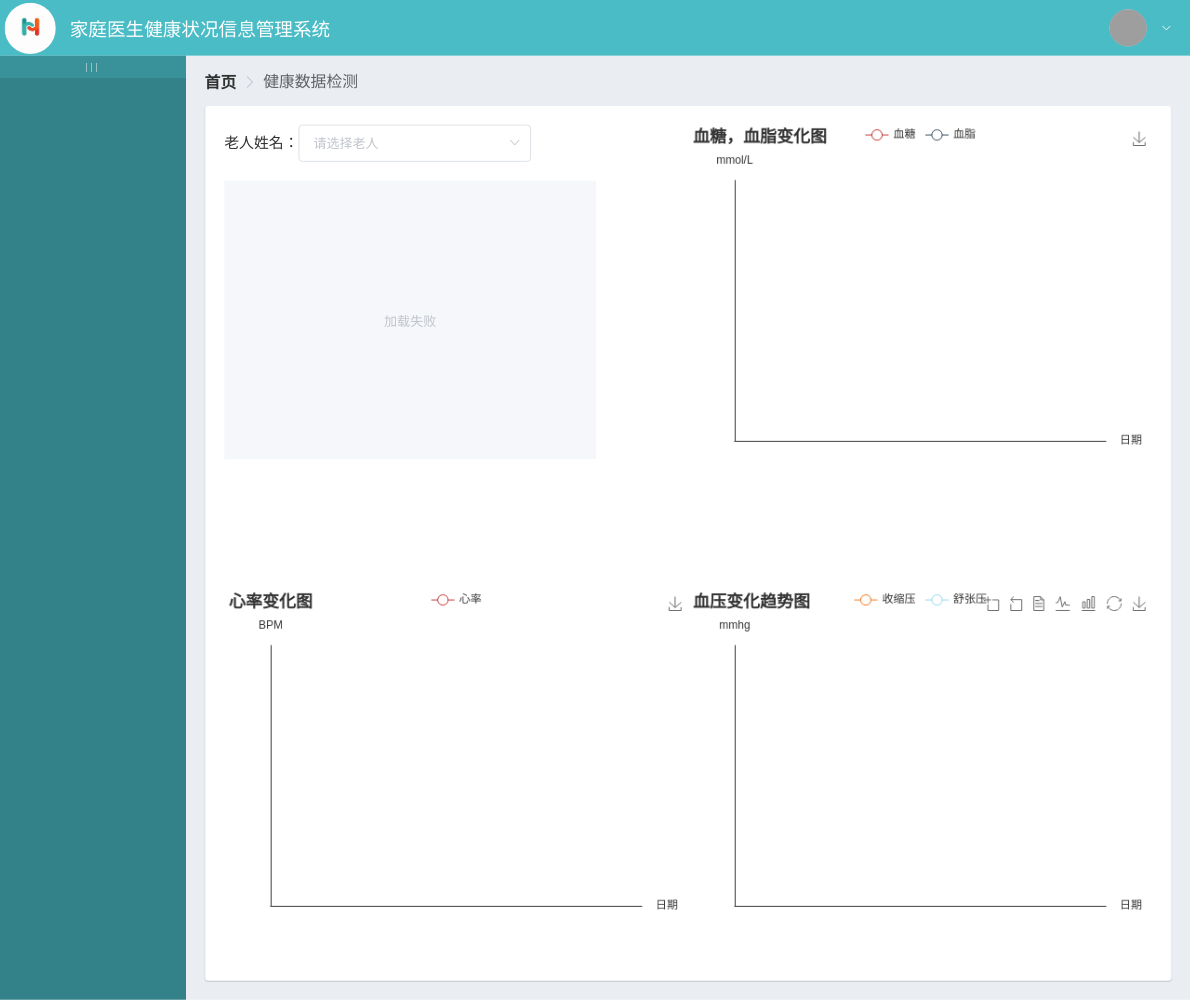
Repository: hyyBubbly/community-web-vue
Page: /#/healthyData (app in community/)
The author's editor kept a copy of each file at every save. The page is drawn from the files as they stood at one save, then again after the next save.
The browser window is 1280 px wide. The pictures show the whole page, at 93% of full size.
Pictures or frames that could not be fetched are drawn as grey boxes. The page's requests for data from a server got no answer. The project was rebuilt for these pictures with package versions that can differ from the ones it lists, and the page was loaded fresh each time. No one was signed in, and anything a server would have sent is missing. Also part of the build but not shown: community/vue.config.js, community/src/components/Login.vue, community/src/components/Welcome.vue, community/src/components/User/UserList.vue, community/src/components/admin/WorkerList.vue, community/src/components/community/CommunityList.vue, community/src/components/healthfiles/Healthiness.vue, community/src/components/User/OlderInfoList.vue and 13 more.

Above is the page before, as saved 2024-01-29 00:29:13.

### community/src/main.js
import Vue from 'vue'
import App from './App.vue'
import router from './router'
import './plugins/element.js'
import './assets/css/global.css'
import md5 from 'md5.js'
//引入iconfont
import './assets/font/iconfont.css'
// 导入axios
import axios from 'axios'
import moment from "moment"
import echarts from 'echarts'
Vue.prototype.$echarts = echarts
//时间转化
Vue.prototype.$moment = moment;
// 挂载axios 到Vue的原型prototype的$http
Vue.prototype.$http = axios
// 设置请求的根路径
axios.defaults.baseURL = "http://localhost:9001"
Vue.config.productionTip = false
//md5加密
Vue.prototype.$md5 = md5;



new Vue({
  router,
  render: h => h(App)
}).$mount('#app')

### community/src/App.vue
<template>
  <div id="app">
    <router-view></router-view>
  </div>
</template>
<script>
  // export default {
  //   name: 'App',
  //   provide(){
  //     return {
  //       reload: this.reload
  //     }
  //   },
  //   data(){
  //     return {
  //       isRouterAlive: true
  //     }
  //   },
  //   methods:{
  //     reload() {
  //       this.isRouterAlive = false;
  //       this.$nextTick(function (){
  //         this.isRouterAlive = true
  //       })
  //     }
  //   }
  // }
</script>
<style>

</style>

### community/src/assets/css/global.css
/* 全局样式 */
HTML,body,#app{
	height: 100%;
	margin: 0;
	padding: 0;
}
/* 卡片区域  !important 提高样式级别*/
.el-card{
	box-shadow: 0 1px 1px rgba(0,8,10,0.15) !important;
}

/*表格样式*/
.el-table{
	margin-top: 15px;
	font-size: 12px;
	min-width: 350px;
}

### community/src/assets/font/iconfont.css
@font-face {
  font-family: "iconfont"; /* Project id 3270408 */
  src: url('iconfont.woff2?t=1652753196788') format('woff2'),
       url('iconfont.woff?t=1652753196788') format('woff'),
       url('iconfont.ttf?t=1652753196788') format('truetype');
}

.iconfont {
  font-family: "iconfont" !important;
  font-size: 16px;
  font-style: normal;
  -webkit-font-smoothing: antialiased;
  -moz-osx-font-smoothing: grayscale;
}

.icon-huoyuedu:before {
  content: "\e607";
}

.icon-xiaoqushu:before {
  content: "\e6df";
}

.icon-fangwenliang:before {
  content: "\e646";
}

.icon-duzheliuyan:before {
  content: "\e604";
}

.icon-hudongshequ:before {
  content: "\e62f";
}

.icon-huoyueshu:before {
  content: "\e702";
}

.icon-community:before {
  content: "\e61c";
}

.icon-shujujiance:before {
  content: "\e683";
}

.icon-huzhu:before {
  content: "\e778";
}

.icon-denglu:before {
  content: "\e603";
}

.icon-mima:before {
  content: "\e65c";
}

.icon-gouwuche:before {
  content: "\e600";
}

.icon-2jiankangzhishi:before {
  content: "\e622";
}

.icon-huodong:before {
  content: "\e630";
}

.icon-canyinguanli:before {
  content: "\e624";
}

.icon-huodong1:before {
  content: "\e870";
}

.icon-jiankangdanganx:before {
  content: "\e60d";
}

.icon-yiliaohuzhu:before {
  content: "\e686";
}

.icon-yonghu:before {
  content: "\e633";
}

.icon-guanliyuan:before {
  content: "\e62a";
}

.icon-guanliyuan1:before {
  content: "\e681";
}

.icon-menu_lrkh:before {
  content: "\e656";
}

.icon-shequ:before {
  content: "\e663";
}

### community/src/components/Home.vue
<template>
  <!-- 引入布局 -->
  <el-container class="home-container" v-loading="loading">
    <!-- 头部 -->
    <el-header>
      <div class="clickPop">
        <img src="../assets/sportlogo.jpg" alt />
        <span class="span-font">家庭医生健康状况信息管理系统</span>
      </div>
      <el-dropdown class="clickPop">
        <el-avatar src="https://cube.elemecdn.com/0/88/03b0d39583f48206768a7534e55bcpng.png"
          style="margin-right: 10px"></el-avatar>
        <span class="el-dropdown-link">
          {{ getUsername() }}<i class="el-icon-arrow-down el-icon--right"></i>
        </span>
        <el-dropdown-menu slot="dropdown">
          <el-dropdown-item><span @click="Main">首页</span></el-dropdown-item>
          <!--            <el-dropdown-item><el-badge :value="12"><span @click="">购物车</span></el-badge></el-dropdown-item>-->
          <el-dropdown-item><span @click="$router.push({ path: '/personal' })">个人中心</span></el-dropdown-item>
          <el-dropdown-item><span type="info" @click="quit">安全退出</span></el-dropdown-item>
        </el-dropdown-menu>
      </el-dropdown>

    </el-header>
    <!-- 主体 -->
    <el-container>
      <!-- 侧边栏 -->
      <el-aside :width="width">
        <el-menu background-color="#46afb9" text-color="#fff" active-text-color="#889fa0" unique-opened
          :collapse="isCollapse" :collapse-transition="false" :router="true" :default-active="activePath">
          <div class="toggle-button" @click="toggleCollapase">|||</div>
          <!-- 一级菜单 -->
          <el-submenu :index="item.id + ''" v-for="item in menuList" :key="item.id">
            <template slot="title">
              <i :class="iconsObject[item.id]"></i>
              <span style="margin-left: 7px">{{ item.title }}</span>
            </template>
            <!-- 二级菜单 -->
            <el-menu-item :index="it.path + ''" v-for="it in item.sList" :key="it.id" @click="saveNavState()">
              <template slot="title">
                <i :class="iconsObject[it.id]"></i>
                <span style="margin-left: 7px">{{ it.title }}</span>
              </template>
            </el-menu-item>
          </el-submenu>
        </el-menu>
      </el-aside>
      <!-- 主体内容 -->
      <el-main>
        <router-view></router-view>
      </el-main>
      <el-dialog title="用户评价" :visible.sync="isDialog" width="40%">
        <el-col :span="7" style="margin-top: 15px"><el-rate v-model="assessForm.assess" show-text></el-rate></el-col>
        <!-- 内容底部区域    -->
        <span slot="footer" class="dialog-footer">
          <el-button @click="isDialog = false">取 消</el-button>
          <el-button type="primary" @click="logout">确 认</el-button>
        </span>
      </el-dialog>
    </el-container>
  </el-container>
</template>
<script>
export default {
  data() {
    return {
      //菜单列表
      loading: true,
      width: "200px",
      menuList: [],
      isCollapse: false,
      sList: [],
      assessForm: {
        assess: ""
      },
      isPopup: false,
      isDialog: false,
      percentage: 0,
      customColors: "",
      token: "",
      editPassword: {
        id: "",
        username: "",
        oldPassword: "",
        newPassword: "",
        passwordConfirm: ""
      },
      iconsObject: {
        '100': 'iconfont icon-yonghu',
        '200': 'iconfont icon-shequ',
        '300': 'iconfont icon-jiankangdanganx',
        '400': 'iconfont icon-huzhu',
        '500': 'iconfont icon-2jiankangzhishi',
        '600': 'iconfont icon-huodong1',
        '101': 'iconfont icon-guanliyuan1',
        '102': 'iconfont icon-yonghu',
        '103': 'iconfont icon-menu_lrkh',
        '201': 'iconfont icon-shequ',
        '301': 'iconfont icon-jiankangdanganx',
        '302': 'iconfont icon-shujujiance',
        '401': 'iconfont icon-yiliaohuzhu',
        '402': 'iconfont icon-gouwuche',
        '403': 'iconfont icon-canyinguanli',
        '501': 'iconfont icon-2jiankangzhishi',
        '601': 'iconfont icon-huodong1',
      },
      activePath: "/welcome",// 默认路径
    }
  },
  // onload事件
  created() {
    //查询menuList
    this.getUsername();
    this.getMenuList();
    this.activePath = window.sessionStorage.getItem('activePath');//取出session里的path动态修改
    this.loading = false;
  },
  methods: {
    quit() {
      if (window.sessionStorage.getItem("isAssess") === "1") {
        return this.logout()
      }
      this.isDialog = true
    },
    Main() {
      this.$router.push("/welcome");
    },
    getUsername() {
      this.editPassword.id = window.sessionStorage.getItem("id");
      this.editPassword.username = window.sessionStorage.getItem("workName");
      return this.editPassword.username;
    },
    //安全退出
    async logout() {
      if (this.assessForm.assess !== '' && this.assessForm.assess !== null && this.assessForm.assess !== 0) {
        this.assessForm.workId = window.sessionStorage.getItem("id")
        this.assessForm.createName = window.sessionStorage.getItem("workName")
        this.assessForm.roleId = window.sessionStorage.getItem("roleId")
        const { data: res } = await this.$http.post("/assess/addAssess", this.assessForm)
        if (res !== "success") {
          return this.$message.error("评价失败！！！")
        }
        this.$message.success("评价成功！！！")
      }
      const confirmResult = await this.$confirm('是否确定退出？', '提示', {
        confirmButtonText: "确定",
        cancelButtonText: "取消",
        type: 'warning'
      }).catch(err => err)
      if (confirmResult !== 'confirm') {//取消
        return this.$message.info("已取消退出");
      }
      window.sessionStorage.clear();//清除session
      window.localStorage.clear();
      await this.$router.push("/login");//回到首页
    },
    //获取导航菜单
    async getMenuList() {
      let token
      if (window.sessionStorage.getItem("roleId") === '' || window.sessionStorage.getItem("roleId") === null) {
        token = this.$route.query.roleId
      } else {
        token = window.sessionStorage.getItem("roleId")
      }
      const { data: res } = await this.$http.get("menus?roleId=" + token);
      console.log(res);
      if (res.flag !== 200)
        return this.$message.error("获取列表失败!!!");//访问失败的错误信息
      this.menuList = res.menus;//返回数据
    },

    //控制伸缩
    toggleCollapase() {
      this.isCollapse = !this.isCollapse;
      if (this.isCollapse === true) {
        this.width = "64px";
      } else {
        this.width = "200px";
      }
    },
    //保存路径
    saveNavState(activePath) {
      window.sessionStorage.setItem('activePath', activePath);//存放在session里
      this.activePath = activePath;
    }
  }
}
</script>

<style lang="less" scoped>
// 全局样式
.home-container {
  height: 100%;
}

//头部样式
.el-header {
  // background-color: #373d41;
  background-color: #4abcc6;
  display: flex;
  align-items: center;
  justify-content: space-between; //左右贴边
  padding-left: 0%; //左边界
  color: #fff;
  font-size: 20px;
}

.clickPop {
  display: flex;
  align-items: center;
  cursor: pointer; //显示小手

  img {
    border-radius: 50%;
    margin: 5px;
  }
}

.span-font {
  margin-left: 10px;
  font-family: 隶书;
}

//侧边栏样式
.el-aside {
  background-color: #348289;

  .el-menu {
    border-right: none;
  }

  .el-submenu__title i,
  .el-menu-item i {
    color: #ffffff;
  }

  .el-menu-item.is-active {
    text-shadow:0 0 5px #FFFF66,1px 1px 1px #fff,-1px -1px 1px #fff,0 0 10px #FFFF99,0 0 20px #B9EB50;
  }
}

//主体样式
.el-main {
  background-color: #eaedf1;
}

img {
  width: 55px;
  height: 55px;
}

// |||按钮样式
.toggle-button {
  background-color: #399199;
  font-size: 10px;
  line-height: 24px;
  color: #fff;
  text-align: center;
  letter-spacing: 0.2rem;
  cursor: pointer; //显示小手
}

.el-dropdown-link {
  cursor: pointer;
  color: #fffdef;
}

.el-icon-arrow-down {
  font-size: 12px;
}
</style>

### community/src/components/healthfiles/HealthyData.vue
<template>
	<div>
	  <el-breadcrumb separator-class="el-icon-arrow-right">
	    <el-breadcrumb-item :to="{path:'/home'}">首页</el-breadcrumb-item>
	    <el-breadcrumb-item>健康数据检测</el-breadcrumb-item>
	  </el-breadcrumb>
  <el-card style="height: 100%">
    <el-row>
      <el-col style="width: 50%;height: 300px;">
        <label>老人姓名：</label>
        <el-select placeholder="请选择老人" v-model="queryInfo.olderId" @change="getInternalList"
                   clearable filterable style="width: 50%; padding-right: 10px">
          <el-option
              v-for="item in olderDrop"
              :key="item.olderId"
              :label="item.olderName"
              :value="item.olderId">
          </el-option>
        </el-select>
        <el-image :src="img" style="height: 300px;width: 400px;margin-top: 20px"></el-image>
      </el-col>
      <el-col id="drawLine" style="width: 50%;height: 400px;"></el-col>
    </el-row>
    <el-row style="margin-top: 100px;">
      <el-col id="line" style="width: 50%;height: 400px;"></el-col>
      <el-col id="id" style="width: 50%;height: 400px;"></el-col>
    </el-row>
  </el-card>
  </div>
</template>
<script>

export default {
  name: 'HealthyData',
  data() {
    return {
      queryInfo: {
        orderId: "",
        userId: ""
      },
      olderDrop: [{
        orderId:"",
        orderName:""
      }],
      internalList: [{
        heartRate: "",
        bloodPressure: "",
        bloodSugar: "",
        bloodFat: "",
        pulse: "",
        liverFunction: "",
        renalFunction: "",
        bloodRoutine: "",
        urinalysis: "",
        CDultrasound: "",
        physician: "",
        photo:""
      }],
      dataX: [],
      dataY: [],
      dataHeightY: [],
      dataLowY: [],
      dataFatY:[],
      dataSugarY:[],
      img:"",
      token:""
    }
  },
  created() {
    // this.selectOlderDrop();
    this.getInternalList();
  },
  methods: {
    //获取内科信息
    async getInternalList() {
      this.dataX = [];
      this.dataY = [];
      this.dataHeightY = [];
      this.dataLowY = [];
      this.token = window.sessionStorage.getItem("roleId")
      if(this.token === '4'){
        this.queryInfo.userId = window.sessionStorage.getItem("id")
      }else{
        this.queryInfo.userId = ''
      }
      const {data: res} = await this.$http.get("/healthy/internalList?olderId=" + this.queryInfo.userId)
      this.internalList = res;
      this.img = require('@/' + this.internalList[0].photo)
      for (let i = 0; i < this.internalList.length; i++) {
        this.dataX.push(this.$moment(this.internalList[i].createTime).format('YYYY/MM'))
        this.dataY.push(this.internalList[i].heartRate)
        this.dataHeightY.push(this.internalList[i].bloodPressure.split("/")[0])
        this.dataLowY.push(this.internalList[i].bloodPressure.split("/")[1])
        this.dataFatY.push(this.internalList[i].bloodFat)
        this.dataSugarY.push(this.internalList[i].bloodSugar)
      }
      this.myLine();
      this.myEcharts();
      this.drawLine();
    },
    async selectOlderDrop() {
      this.token = window.sessionStorage.getItem("roleId")
      if(this.token === '4'){
        this.queryInfo.userId = window.sessionStorage.getItem("id")
      }else{
        this.queryInfo.userId = ''
      }
      const {data: res} = await this.$http.get("/healthy/olderDrop?userId=" + this.queryInfo.userId);
      this.olderDrop = res;
      this.queryInfo.olderId = this.olderDrop[0].olderId
      await this.getInternalList()
    },
    drawLine() {
      // 基于准备好的dom，初始化echarts实例
      const myChart = this.$echarts.init(document.getElementById('drawLine'));
      // 指定图表的配置项和数据
      const option = {
        title: {
          text: '血糖，血脂变化图'
        },
        toolbox: {
          feature: {
            saveAsImage: {}
          }
        },
        tooltip: {},
        legend: {
          data: ['血糖','血脂']
        },
        xAxis: {
          boundaryGap: false,
          data: this.dataX,
          name: '日期'
        },
        yAxis: {
          name: 'mmol/L'
        },
        visualMap: [{
          show: false,
          dimension: 1,
          seriesIndex:0,
          pieces: [{gte: 4.1, lte: 6.1, color: '#2a5caa'}],
          outOfRange: {
            color: 'red'
          }
          },
          {
            show: false,
            dimension: 1,
            seriesIndex:1,
            pieces: [{gte: 2.6, lte: 3.9, color: '#7fb80e'}],
            outOfRange: {
              color: 'red'
            }
          }
          ],
        series: [{
          name: '血糖',
          type: 'line',
          data: this.dataSugarY,
        },
          {
            name: '血脂',
            type: 'line',
            data: this.dataFatY,
          }
        ]
      };
      // 使用刚指定的配置项和数据显示图表。
      myChart.setOption(option, true);
      window.onresize = function(){
        myChart.resize()
      }
    },


    myEcharts() {
      // 基于准备好的dom，初始化echarts实例
      const myChart = this.$echarts.init(document.getElementById('id'));

      // 指定图表的配置项和数据
      const option = {
        title: {
          text: '血压变化趋势图'
        },
        tooltip: {
          trigger: 'axis'
        },
        legend: {},
        toolbox: {
          show: true,
          feature: {
            dataZoom: {
              yAxisIndex: 'none'
            },
            dataView: {readOnly: false},
            magicType: {type: ['line', 'bar']},
            restore: {},
            saveAsImage: {}
          }
        },
        xAxis: {
          type: 'category',
          boundaryGap: false,
          data: this.dataX,
          name: "日期"
        },
        yAxis: {
          type: 'value',
          name: 'mmhg'
        },
        series: [
          {
            name: '收缩压',
            type: 'line',
            data: this.dataHeightY,
            markPoint: {
              data: [
                {type: 'max', name: 'Max'},
                {type: 'min', name: 'Min'}
              ]
            },
            markLine: {
              data: [{type: 'average', name: 'Avg'}]
            },
            itemStyle: {
              color: "#f47920"
            },
          },
          {
            name: '舒张压',
            type: 'line',
            data: this.dataLowY,
            markPoint: {
              data: [
                {type: 'max', name: 'Max'},
                {type: 'min', name: 'Min'}]
            },
            markLine: {
              data: [
                {type: 'average', name: 'Avg'},
                [
                  {
                    symbol: 'none',
                    x: '90%',
                    yAxis: 'max'
                  },
                  {
                    symbol: 'circle',
                    label: {
                      position: 'start',
                      formatter: 'Max'
                    },
                    type: 'max',
                    name: '最高点'
                  }
                ]
              ]
            },
            itemStyle: {
              color: '#90d7ec'
            },
          }
        ]
      };
      // 使用刚指定的配置项和数据显示图表。
      myChart.setOption(option);
      window.onresize = function(){
        myChart.resize()
      }
    },

    myLine() {
      // 基于准备好的dom，初始化echarts实例
      const myChart = this.$echarts.init(document.getElementById('line'));
      // 指定图表的配置项和数据
      const option = {
        title: {
          text: '心率变化图'
        },
        toolbox: {
          feature: {
            saveAsImage: {}
          }
        },
        tooltip: {},
        legend: {
          data: ['心率']
        },
        xAxis: {
          boundaryGap: false,
          data: this.dataX,
          name: '日期'
        },
        yAxis: {
          name: 'BPM'
        },
        visualMap: {
          show: false,
          dimension: 1,
          pieces: [{gte: 70, lte: 150, color: 'green'}],
          outOfRange: {
            color: 'red'
          }
        },
        series: [{
          name: '心率',
          type: 'line',
          data: this.dataY,
          smooth:true,
          markArea:{
            itemStyle:{
              color:'rgba(255, 173, 177, 0.4)'
            },
            data:[
              [
                {
                  name: '正常范围',
                  yAxis: '70'
                },
                {
                  yAxis: '150'
                }
              ]
            ]
          }

        }
        ]
      };
      // 使用刚指定的配置项和数据显示图表。
      myChart.setOption(option, true);
      window.onresize = function(){
        myChart.resize()
      }
    },
  },

  //调用
  mounted() {
    this.$nextTick(function () {
      this.drawLine();
      this.myEcharts()
      this.myLine()
    })
  }
}
</script>
<style lang="less" scoped>
.el-breadcrumb{
	margin-bottom: 15px;
	font-size: 17px;
}
* {
  margin: 0;
  padding: 0;
  list-style: none;
}
.el-header, .el-footer {
  background-color: #B3C0D1;
  color: #333;
  text-align: center;
  line-height: 60px;
}

.el-aside {
  background-color: #D3DCE6;
  color: #333;
  text-align: center;
  line-height: 200px;
}

.el-main {
  background-color: #E9EEF3;
  color: #333;
  text-align: center;
  line-height: 160px;
}

body > .el-container {
  margin-bottom: 40px;
}

.el-container:nth-child(5) .el-aside,
.el-container:nth-child(6) .el-aside {
  line-height: 260px;
}

.el-container:nth-child(7) .el-aside {
  line-height: 320px;
}
</style>

Loaded but not shown: community/public/index.html (common file); community/src/plugins/element.js (common file); community/src/router/index.js (149 lines, source omitted)

After the next save:
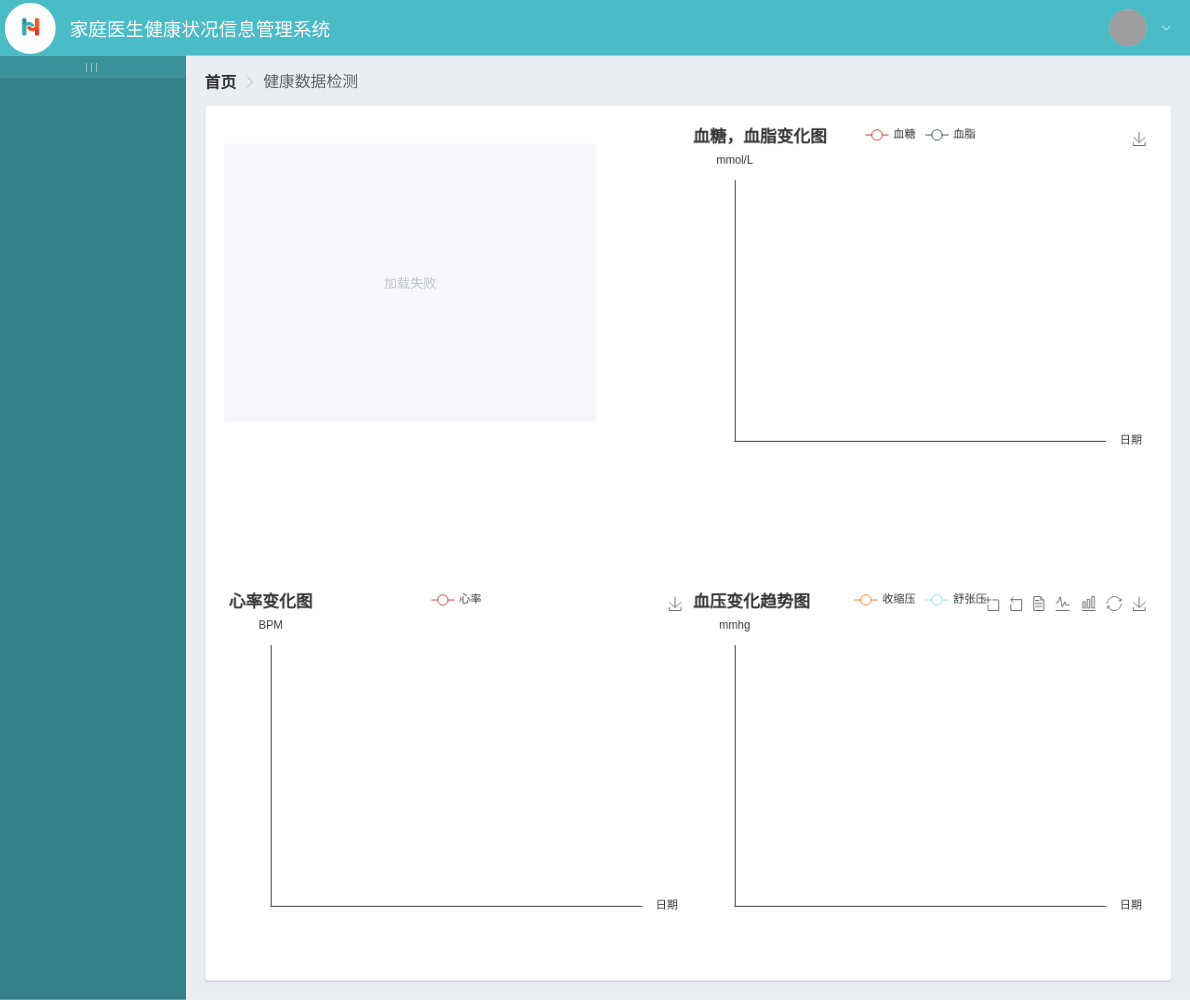
Saved 24 s later.
--- a/community/src/components/healthfiles/HealthyData.vue
+++ b/community/src/components/healthfiles/HealthyData.vue
@@ -7,7 +7,7 @@
   <el-card style="height: 100%">
     <el-row>
       <el-col style="width: 50%;height: 300px;">
-        <label>老人姓名：</label>
+        <!-- <label>老人姓名：</label>
         <el-select placeholder="请选择老人" v-model="queryInfo.olderId" @change="getInternalList"
                    clearable filterable style="width: 50%; padding-right: 10px">
           <el-option
@@ -16,7 +16,7 @@
               :label="item.olderName"
               :value="item.olderId">
           </el-option>
-        </el-select>
+        </el-select> -->
         <el-image :src="img" style="height: 300px;width: 400px;margin-top: 20px"></el-image>
       </el-col>
       <el-col id="drawLine" style="width: 50%;height: 400px;"></el-col>
